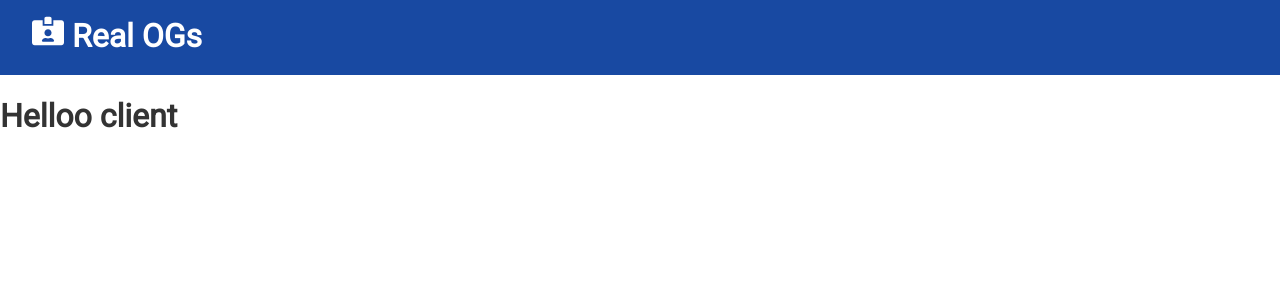
Repository: aaronmatei/contact-keeper
Page: / (app in client/)
An editor plug-in stored every save of this project. The page is shown before and after the next save, followed by the edit.
The browser window is 1280 px wide. The pictures show the whole page.
The project was rebuilt for these pictures with package versions that can differ from the ones it lists, and the page was loaded fresh each time.

Above is the page before, as saved 2019-11-29 00:38:56.

After the next save:
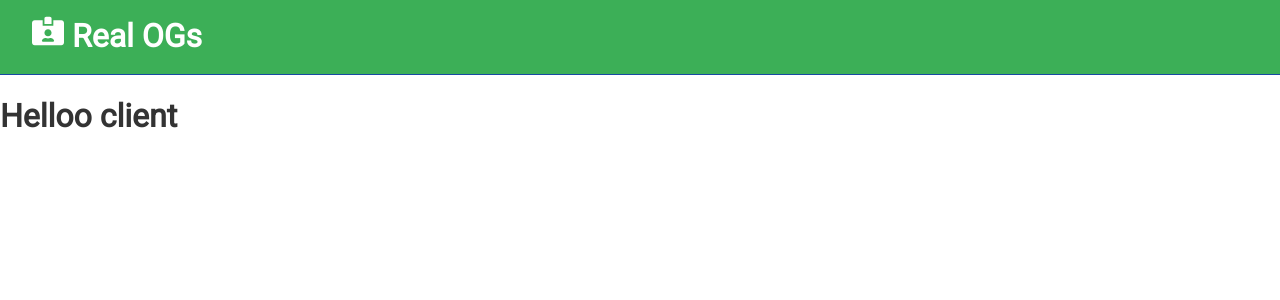
Saved 33 s later.
--- a/client/src/components/layout/Navbar.jsx
+++ b/client/src/components/layout/Navbar.jsx
@@ -4,7 +4,7 @@
 
 const Navbar = ({ title, icon }) => {
 	return (
-		<div className='navbar bg-primary'>
+		<div className='navbar bg-success'>
 			<h1>
 				<FaIdCardAlt /> {title}
 			</h1>
